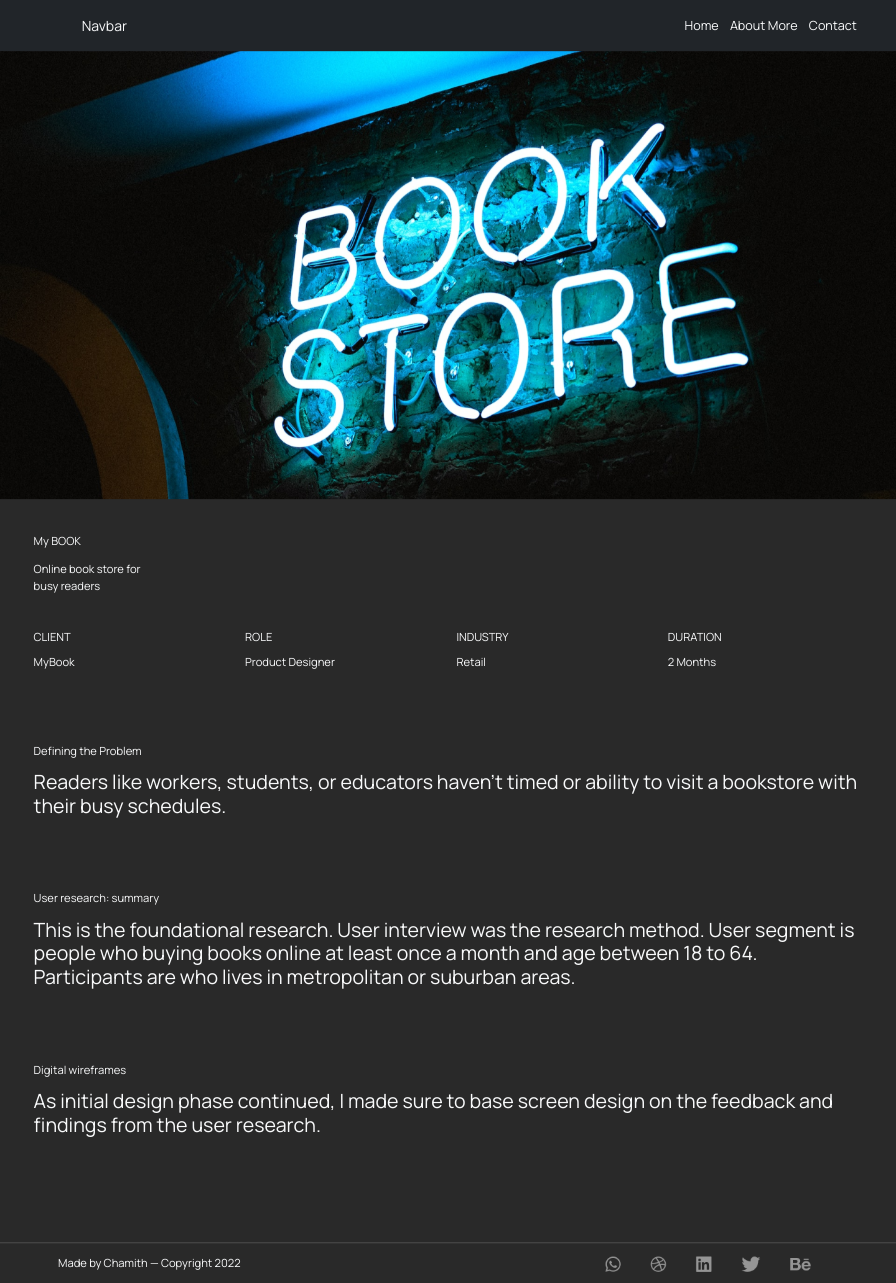
Repository: Realchamithweb/chamith-html
Page: work.html
An editor plug-in stored every save of this project. The page is shown before and after a run of saves, followed by the edit.
The browser window is 1280 px wide. The pictures show the whole page, at 70% of full size.

Above is the page before, as saved 2023-01-24 07:26:51.

### work.html
<!doctype html>
<html lang="en">
  <head>
    <!-- Required meta tags -->
    <meta charset="utf-8">
    <meta name="viewport" content="width=device-width, initial-scale=1">
    <link rel="stylesheet" href="/css/style.css">
    <!-- Bootstrap CSS -->
    <link href="https://cdn.jsdelivr.net/npm/bootstrap@5.0.2/dist/css/bootstrap.min.css" rel="stylesheet" integrity="sha384-EVSTQN3/azprG1Anm3QDgpJLIm9Nao0Yz1ztcQTwFspd3yD65VohhpuuCOmLASjC" crossorigin="anonymous">
    <link rel="stylesheet" href="https://fonts.googleapis.com/css?family=Manrope">
    <title>Hello, world!</title>
  </head>
  <body>
    <div class="main">
            <div class="head">
                <nav class="navbar navbar-expand-lg navbar-light bg-dark">
                    <div class="container-fluid">
                        <div class="col-md-1"></div>
                    <a class="navbar-brand col-md-8 text-light" href="/index.html">Navbar</a>
                    <button class="navbar-toggler" type="button" data-bs-toggle="collapse" data-bs-target="#navbarNavDropdown" aria-controls="navbarNavDropdown" aria-expanded="false" aria-label="Toggle navigation">
                        <span class="navbar-toggler-icon"></span>
                    </button>
                    <div class="collapse navbar-collapse" id="navbarNavDropdown">
                        <ul class="navbar-nav">
                        <li class="nav-item">
                            <a class="nav-link active text-light" aria-current="page" href="/index.html">Home</a>
                        </li>
                        <li class="nav-item">
                            <a class="nav-link text-light" href="/work.html">About More</a>
                        </li>
                        <li class="nav-item">
                            <a class="nav-link text-light" href="/contact.html">Contact</a>
                        </li>
                        </ul>
                    </div>
                    </div>
                </nav>
            </div>
            <section>
                <div class="row">
                    <img src="/inc/work-top.png" class="work-hero">
                </div>
            </section>
            <section>
                <div class="row">
                    <div class="container-fluid text-light ms-5 mt-5">
                        <p>My BOOK</p>
                        <h>Online book store for<br>
                            busy readers </h3>
                    </div>
                </div>
                <div class="row p-5">
                        <div class="col-lg-3 text-light">
                            <p>CLIENT</p>
                            <h6>MyBook</h6>
                        </div>
                        <div class="col-lg-3 text-light">
                            <p>ROLE</p>
                            <h6>Product Designer</h6>
                        </div>
                        <div class="col-lg-3 text-light">
                            <p>INDUSTRY</p>
                            <h6>Retail</h6>
                        </div>
                        <div class="col-lg-3 text-light">
                            <p>DURATION</p>
                            <h6>2 Months</h6>
                        </div>
                </div>
            </section>
            <section>
                <div class="row p-5">
                    <div class="col-lg-12 text-light">
                        <p>Defining the Problem</p>
                        <h3>Readers like workers, students, or educators haven't timed or ability to visit a bookstore with their busy schedules.</h3>
                    </div>
                </div>
            </section>
            <section>
                <div class="row p-5">
                    <div class="col-lg-12 text-light">
                        <p>User research: summary</p>
                        <h3>This is the foundational research. User interview was the research method. User segment is people who buying books online at least once a month and age between 18 to 64. Participants are who lives in metropolitan or suburban areas.</h3>
                    </div>
                </div>
            </section>
            <section>
                <div class="row p-5">
                    <div class="col-lg-12 text-light">
                        <p>Digital wireframes</p>
                        <h3>As initial design phase continued, I made sure to base screen design on the feedback and findings from the user research.</h3>
                    </div>
                </div>
            </section>
            <section>
                <div class="row p-5">

                </div>
            </section>
            <section>
              <div class="footer">
                  <div class="container-fluid">
                      <div class="row">
                          <hr class="text-light">
                          <div class="col-lg-4 text-center text-light mb-3">Made by Chamith — Copyright 2022</div>
                          <div class="col-lg-4 mb-3"></div>
                          <div class="col-lg-4 mb-3"><img src="/inc/Icons.png" class="img02"></div>
                      </div>
                  </div>
              </div>
          </section>

  </div>


    <!-- Optional JavaScript; choose one of the two! -->

    <!-- Option 1: Bootstrap Bundle with Popper -->
    <script src="https://cdn.jsdelivr.net/npm/bootstrap@5.0.2/dist/js/bootstrap.bundle.min.js" integrity="sha384-MrcW6ZMFYlzcLA8Nl+NtUVF0sA7MsXsP1UyJoMp4YLEuNSfAP+JcXn/tWtIaxVXM" crossorigin="anonymous"></script>

    <!-- Option 2: Separate Popper and Bootstrap JS -->
    <!--
    <script src="https://cdn.jsdelivr.net/npm/@popperjs/core@2.9.2/dist/umd/popper.min.js" integrity="sha384-IQsoLXl5PILFhosVNubq5LC7Qb9DXgDA9i+tQ8Zj3iwWAwPtgFTxbJ8NT4GN1R8p" crossorigin="anonymous"></script>
    <script src="https://cdn.jsdelivr.net/npm/bootstrap@5.0.2/dist/js/bootstrap.min.js" integrity="sha384-cVKIPhGWiC2Al4u+LWgxfKTRIcfu0JTxR+EQDz/bgldoEyl4H0zUF0QKbrJ0EcQF" crossorigin="anonymous"></script>
    -->
  </body>
</html>

### css/style.css
.main{
    background-color: #292929;
    font-family: 'Manrope', serif;
    overflow-x: hidden;

}
.navbar{
    padding-top: 15px!important;
    padding-bottom: 15px!important;
}
.nav-link{
    font-size: 18px!important;
}
.hero{
    margin-top: 66px;
}

.hero-img{
    margin-top: 3em;
}

.hero-title{
    font-style: normal;
    font-weight: 400;
    font-size: 54px;
    line-height: 64px;
    margin-left: 96px;
}

.hero-text{
    font-style: normal;
    font-weight: 400;
    font-size: 20px;
    line-height: 30px;
    margin-left: 96px;
}

.hero-btn{
    margin-left: 96px;
}

.work-img:hover img{
        opacity: 0.5;
}

.work-img {
    position: relative;
  }

  .bg-color
  .work-img img {
    width: 100%;
    opacity: 1;
    transition: opacity 0.5s;
  }
.work-img .text {
    position: absolute;
    top: 50%;
    left: 50%;
    transform: translate(-50%, -50%);
    text-align: center;
    color: white;
  }

  .work-hero{
    width: 1440px;
    height: 640px;
    left: 0px;
    top: 0px;
  }
/*
.hero-title{
    position: absolute;
    width: 824px;
    height: 192px;
    left: 96px;
    top: 240px;

    font-family: 'Inter';
    font-style: normal;
    font-weight: 400;
    font-size: 54px;
    line-height: 64px;
    color: #000000;
}

.hero-text{
    position: absolute;
    width: 824px;
    height: 90px;
    left: 96px;
    top: 456px;

    font-family: 'Inter';
    font-style: normal;
    font-weight: 400;
    font-size: 20px;
    line-height: 30px;
    /* or 150% */
    /* color: #000000
}

.hero-btn{
    box-sizing: border-box;
    position: absolute;
    width: 341.57px;
    height: 57px;
    left: 96px;
    top: 634px;

    background: #FFFFFF;
    border: 1px solid #000000;
    border-radius: 4px;
}

.f-row{
    display: flex;
    flex-direction: row;
    justify-content: center;
    align-items: center;
    padding: 8px;
    gap: 32px;

    position: absolute;
    height: 48px;
    left: 96px;
    top: 836px;
}

.img00{
    display: flex;
    flex-direction: row;
    justify-content: center;
    align-items: center;
    padding: 8px;
    gap: 32px;

    position: absolute;
    width: 198px;
    height: 48px;
    left: 96px;
    top: 836px;

}

.img01{
    position: absolute;
    width: 612px;
    height: 888px;
    left: 96px;
    top: 964px;
    border-radius: 4px;
}

.img01:hover{
    background: linear-gradient(0deg, rgba(0, 0, 0, 0.6), rgba(0, 0, 0, 0.6)), url("/inc/Bookstore.png"), #292929;
}

.img02{
    position: absolute;
    width: 612px;
    height: 888px;
    left: 732px;
    top: 1102px;

    background: url(3ffea8135910975.Y3JvcCwxMDgwLDg0NCwwLDExNw.png), #292929;
    border-radius: 4px;
}  */

After the next 10 saves:
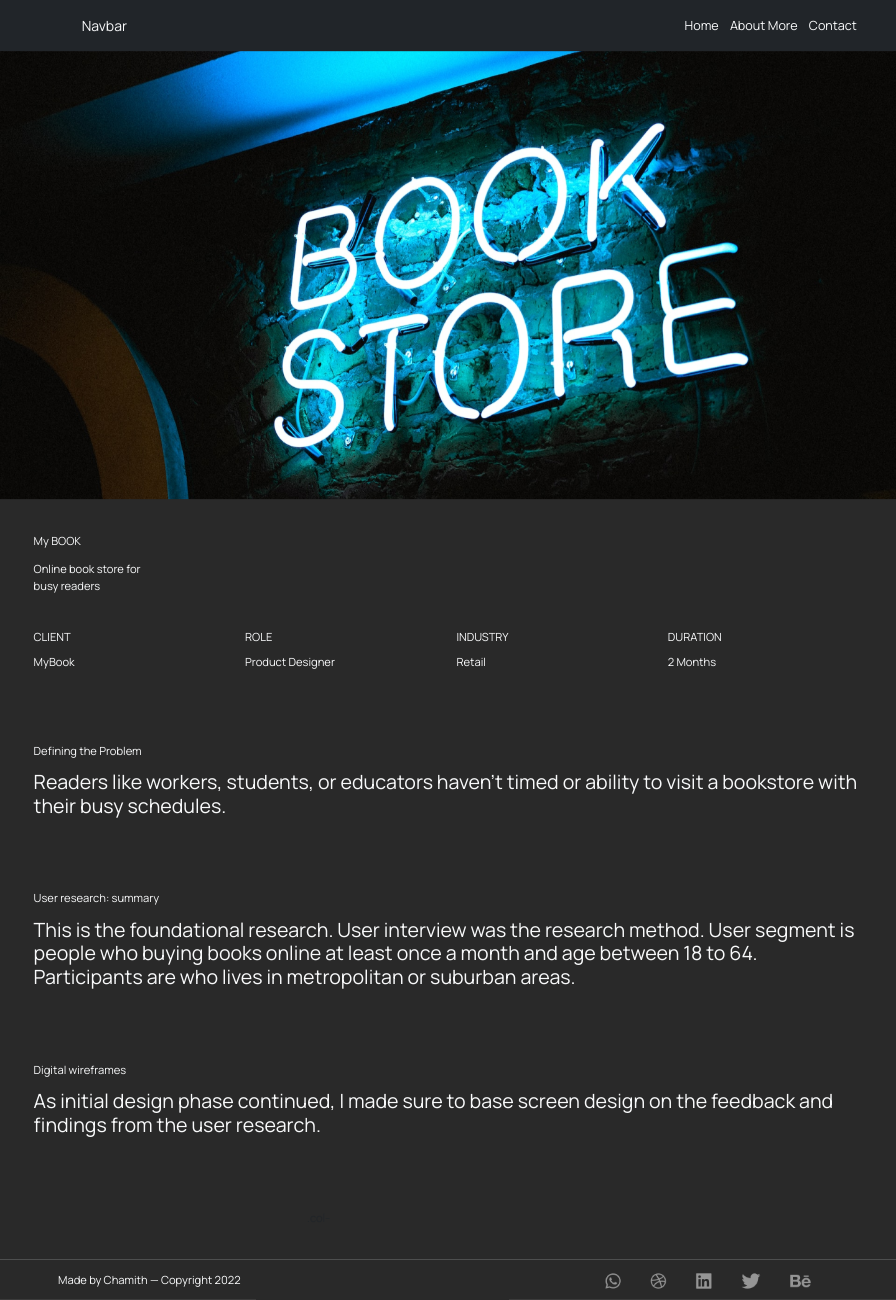
The 10 saves are shown as one change because they came seconds apart.
The last was saved 21 s later.
--- a/work.html
+++ b/work.html
@@ -94,7 +94,10 @@
             </section>
             <section>
                 <div class="row p-5">
+                    <div class="col-lg-4">
 
+                    </div>
+                    .col-
                 </div>
             </section>
             <section>

After the 4 saves that followed:
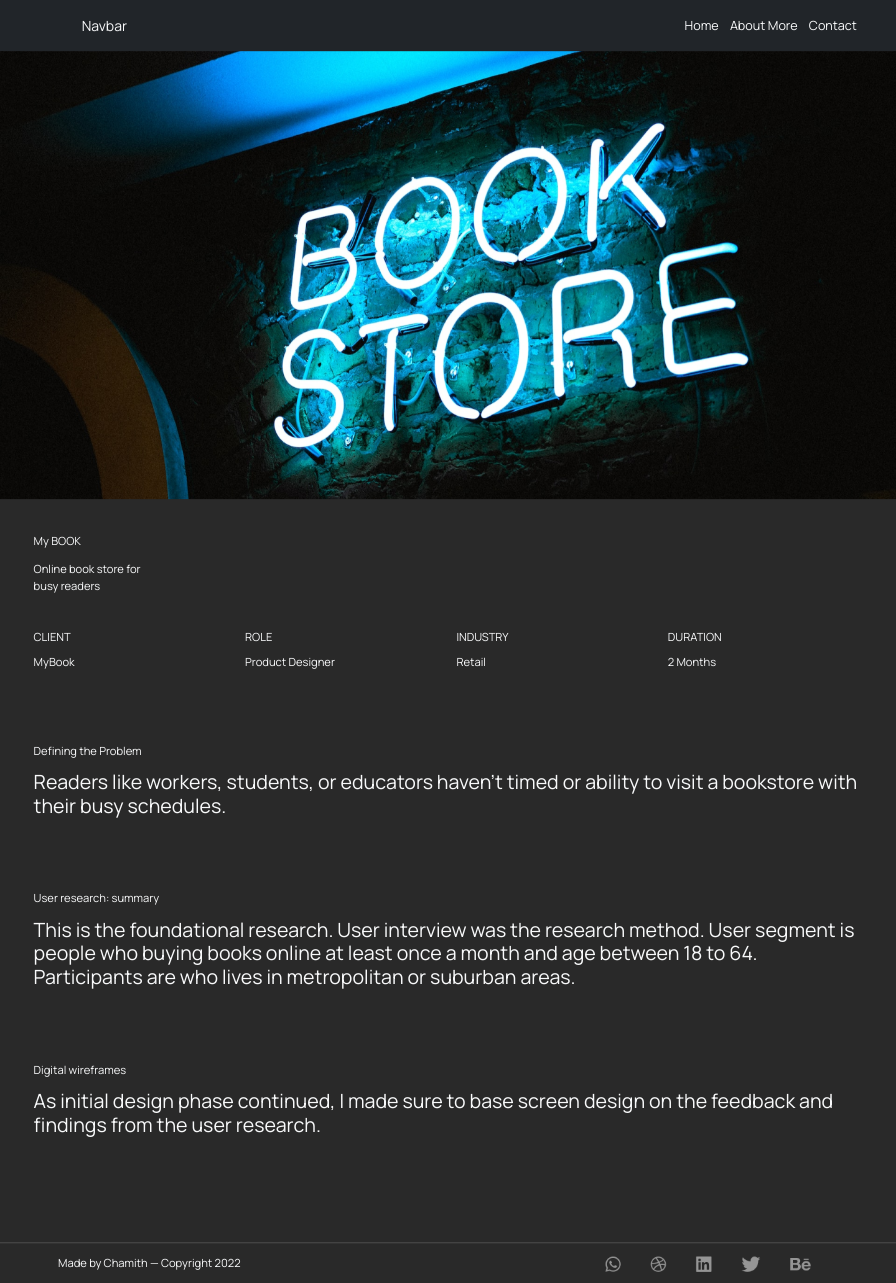
The 4 saves are shown as one change because they came seconds apart.
The last was saved 11 s later.
--- a/work.html
+++ b/work.html
@@ -97,7 +97,7 @@
                     <div class="col-lg-4">
 
                     </div>
-                    .col-
+                    <div class="col-lg-4"></div>
                 </div>
             </section>
             <section>
